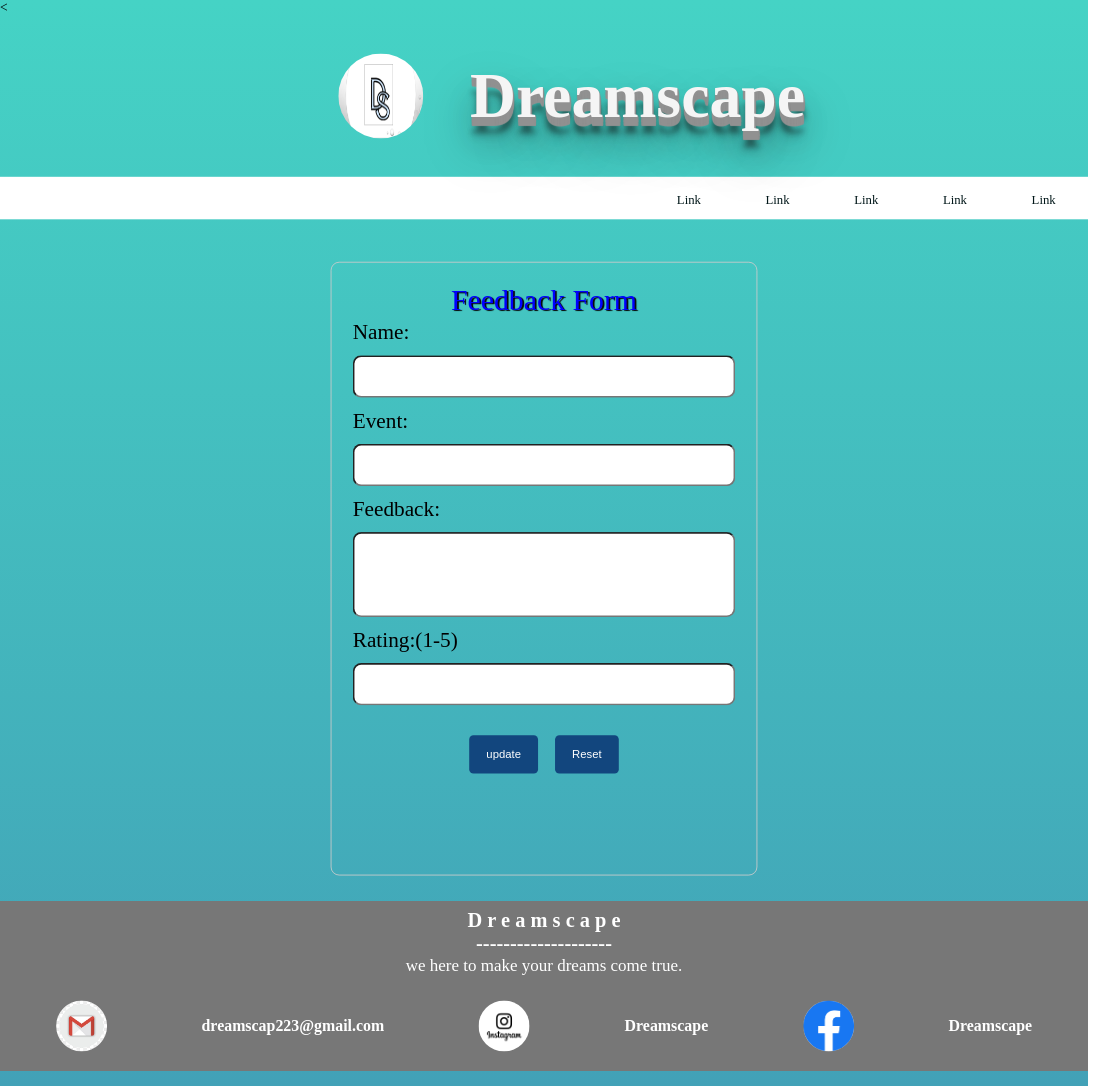
Repository: Dulankayapa/2ndyearoopprojrct
Page: http://localhost/feedback/fbdelete.jsp
The author's editor kept a copy of each file at every save. The page is drawn from the files as they stood at one save, then again after the next save.
The browser window is 1280 px wide. The page is 1310 px wide, so the pictures cover 1310 px, including what lies to the right of the window. The pictures show the whole page, at 85% of full size.
The page is served by Tomcat 9. Nobody is signed in. The application's start-up code is not run. Other server files are loaded and not shown.

Above is the page before, as saved 2023-10-20 12:30:29.

### feedback/src/main/webapp/fbdelete.jsp
<%@ page language="java" contentType="text/html; charset=ISO-8859-1"
	pageEncoding="ISO-8859-1"%>
<
<!DOCTYPE html>
<html>
<head>
<title>Feedback Form</title>
<style>
* {
	margin: 0;
	padding: 0;
}

body {
	font-family: "Times New Roman", serif;
	background-image: linear-gradient(to bottom, #45d3c5, rgb(66, 161, 183));
	background-repeat: no-repeat;
	background-size: cover;
	width: 100vw;
}

/*header*/
.header {
	padding: 10px 15px;
	width: 100%;
	font-size: 50px;
	height: 170px;
	justify-content: center;
	background-repeat: no-repeat;
	display: flex;
	align-items: center;
	color: #f5f5f5;
	text-shadow: 1px 1px 1px #919191, 1px 2px 1px #919191, 1px 3px 1px
		#919191, 1px 4px 1px #919191, 1px 5px 1px #919191, 1px 6px 1px #919191,
		1px 7px 1px #919191, 1px 8px 1px #919191, 1px 9px 1px #919191, 1px
		10px 1px #919191, 1px 18px 6px rgba(16, 16, 16, 0.4), 1px 22px 10px
		rgba(16, 16, 16, 0.2), 1px 25px 35px rgba(16, 16, 16, 0.2), 1px 30px
		60px rgba(16, 16, 16, 0.4);
	display: flex;
	display: flex;
	align-items: center;
	background-repeat: no-repeat;
}

.imge {
	padding: 5px 5px;
	border-radius: 50%;
	margin-left: 30px;
	margin-right: 50px;
}

/* navigation bar */
.topnav {
	overflow: hidden;
	background-color: white;
	height: 50px;
	list-style-type: none;
	margin: 0px;
	width: 100%;
}
/*  topnav links style */
.topnav a {
	float: right;
	display: block;
	color: #011719;
	text-align: center;
	text-decoration: none;
	padding: 14px 18px;
	margin: 5px 20px;
	font-size: 15px;
}

/* Change color on hover */
.topnav a:hover {
	background-color: #072326;
	color: white;
}

/* topic styel*/
h1 {
	font-family: Times New Roman;
	font-weight: bolder;
	font-size: 45px;
	padding-top: 50px;
	padding-left: 30px;
	margin-left: 20px;
	text-align: left;
	text-transform: capitalize;
	color: #f5f5f5;
	text-align: left;
}

.maincon {
	display: flex;
	justify-content: center;
}

.container {
	max-width: 500px;
	margin-top: 50px;
	padding: 25px;
	border: 1px solid #ccc;
	border-radius: 10px;
	font-size: 25px;
	height: 670px;
}

label, input, textarea {
	display: flex;
	margin-bottom: 10px;
	width: 450px;
	padding-top: 3px;
	border-radius: 10px;
}

input {
	height: 50px;
	padding: 10px;
}

input, textarea {
	padding: 10px;
}

label {
	padding-bottom: 3px;
}

button {
	background-color: #12467e;
	color: #ffffff;
	border: none;
	padding: 15px 20px;
	border-radius: 5px;
	cursor: default;
	text-align: center !important;
	margin-top: 25px;
}

button:hover {
	background-color: #0d2f5a;
}

/* Style the footer */
footer {
	height: 170px;
	padding: 10px;
	text-align: center;
	color: white;
	background-color: #777;
	margin-top: 30px;
	padding-top: 10px;
	padding-bottom: 20px;
}

footer img {
	border-radius: 50%;
}

footer p {
	font-size: 20px;
	margin-bottom: 30px;
}

.footcon {
	display: flex;
	align-items: center;
	justify-content: space-around;
	justify-items: center;
}

.imgbox {
	display: flex;
	flex-direction: column;
	justify-items: center;
}
</style>
</head>
<body>



	<div class="header">
		<img class="imge" src="logo1.png" width="100px" height="100px">
		<h2>Dreamscape</h2>
	</div>
	<div class="topnav">
		<a href="#">Link</a> <a href="#">Link</a> <a href="#">Link</a> <a
			href="#">Link</a> <a href="#">Link</a>
	</div>

	<div class="maincon">
		<div class="container">

			<p
				style="text-align: center; color: blue; font-size: 35px; text-shadow: 2px 1px 1px #060606">Feedback
				Form</p>

			<%
			String name = request.getParameter("name");
			String event = request.getParameter("event");
			String feedback = request.getParameter("feedback");
			String rating = request.getParameter("rating");
			%>

			<form action="fbupdateserverlet" method="post">

				<label for="name">Name:</label> <input type="text" id="name"
					name="name" required /> <label for="event">Event:</label> <input
					type="text" id="event" name="event" required /> <label
					for="message">Feedback:</label> <input type="text"
					style="height: 100px;" name="feedback" required /> <label
					for="rating">Rating:(1-5)</label> <input type="text" id="rating"
					name="rating" required />

				<div style="display: flex; justify-content: center">
					<button type="submit" style="margin-right: 20px">update</button>

					<button type="reset">Reset</button>
				</div>
			</form>
		</div>
	</div>


	<div>
		<footer>
			<h2>
				D r e a m s c a p e <br />--------------------
			</h2>

			<p>we here to make your dreams come true.</p>
			<div class="footcon">
				<img class="image" src="mail.jpg" width="60px" height="60px" />
				<h3>dreamscap223@gmail.com</h3>
				<img class="image" src="inster.jpg" width="60px" height="60px" />
				<h3>Dreamscape</h3>
				<img class="image" src="fb.png" width="60px" height="60px" />
				<h3>Dreamscape</h3>
			</div>
		</footer>

	</div>
</body>
</html>

After the next save:
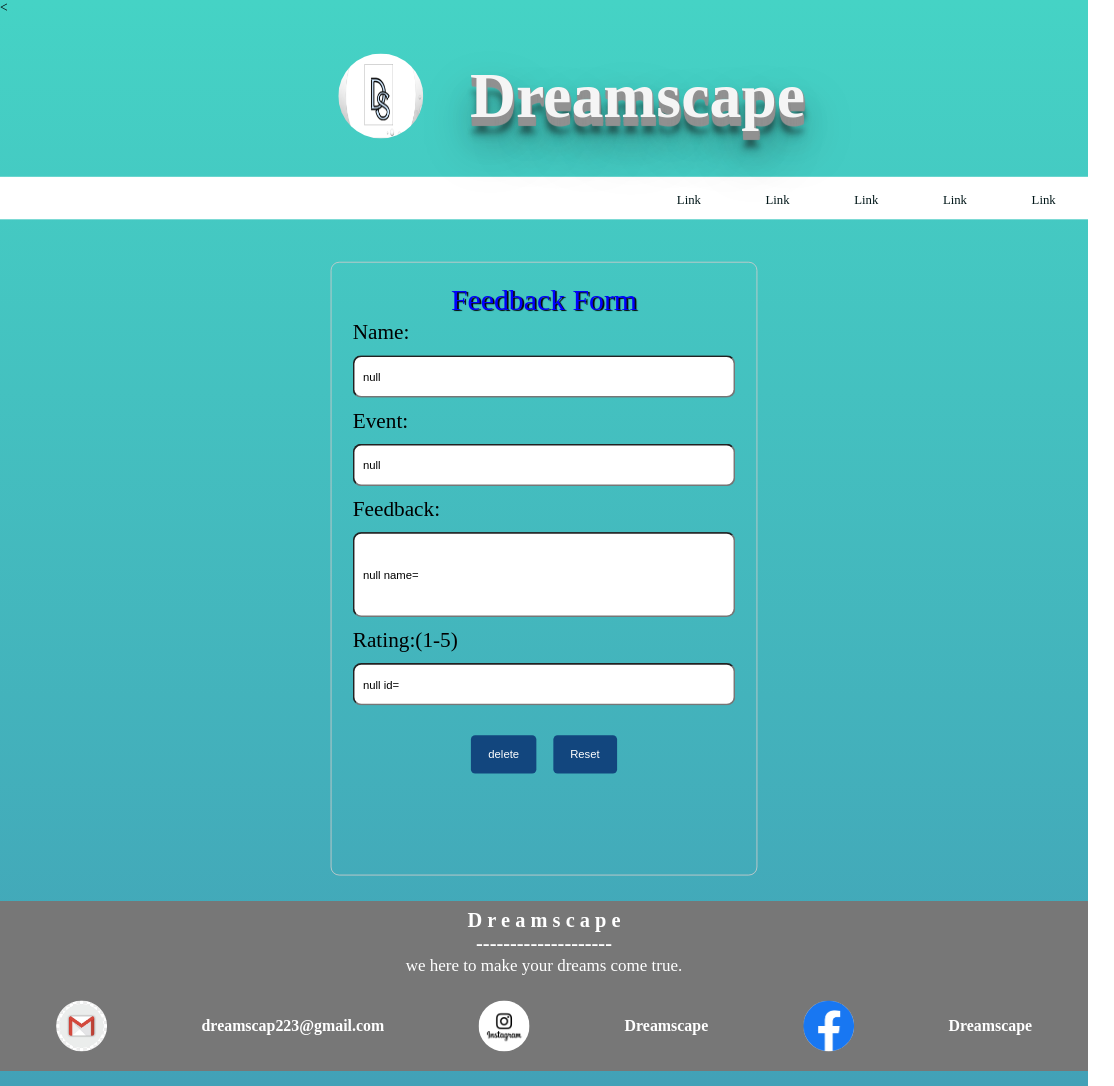
Saved 39 s later.
--- a/feedback/src/main/webapp/fbdelete.jsp
+++ b/feedback/src/main/webapp/fbdelete.jsp
@@ -205,16 +205,23 @@
 
 			<form action="fbupdateserverlet" method="post">
 
-				<label for="name">Name:</label> <input type="text" id="name"
-					name="name" required /> <label for="event">Event:</label> <input
-					type="text" id="event" name="event" required /> <label
-					for="message">Feedback:</label> <input type="text"
-					style="height: 100px;" name="feedback" required /> <label
-					for="rating">Rating:(1-5)</label> <input type="text" id="rating"
+				<label for="name">Name:</label>
+				 <input type="text" value="<%=name %>" id="name"
+					name="name" required />
+
+					 <label for="event">Event:</label>
+					 <input
+					type="text" value="<%= event%>"id="event" name="event" required /> <label
+					for="message">Feedback:</label>
+
+					<input type="text"
+					style="height: 100px;" value="<%=feedback%> name="feedback" required />
+					<label
+					for="rating">Rating:(1-5)</label> <input type="text" value="<%=rating%> id="rating"
 					name="rating" required />
 
 				<div style="display: flex; justify-content: center">
-					<button type="submit" style="margin-right: 20px">update</button>
+					<button type="submit" style="margin-right: 20px">delete</button>
 
 					<button type="reset">Reset</button>
 				</div>
